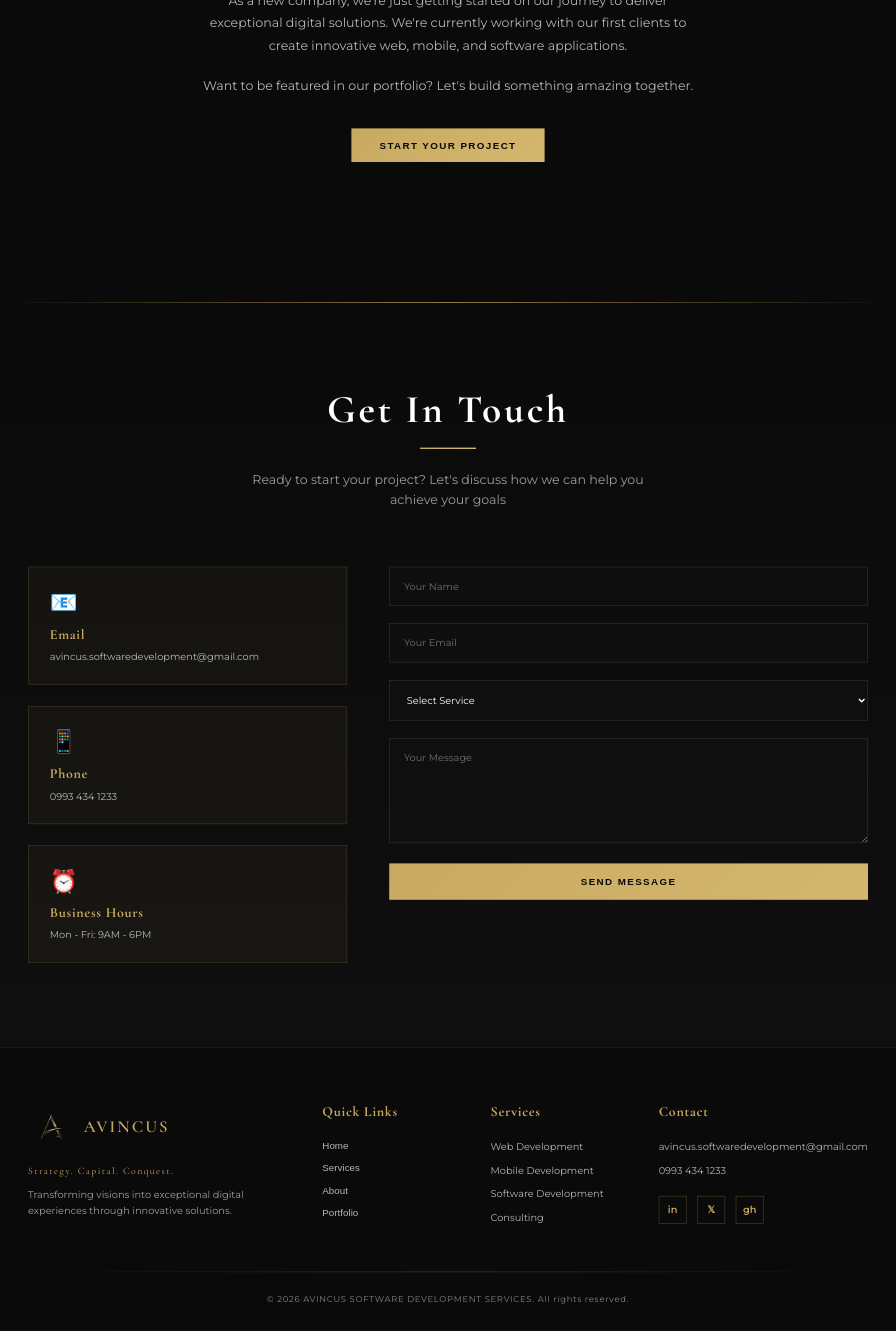
Repository: GiLLBaTesx/avincus-website
Page: /
These files come from the project's save history. The page is drawn as it stood at one moment and after the next save; the edit follows.
The browser window is 1280 px wide. The pictures show the part of the page from y = 3579 to 5499 px (the page is 5481 px tall before and 5499 px after), at 70% of full size.
The project was rebuilt for these pictures with package versions that can differ from the ones it lists, and the page was loaded fresh each time.

Above is the page before, as saved 2026-05-28 12:23:34.

After the next save:
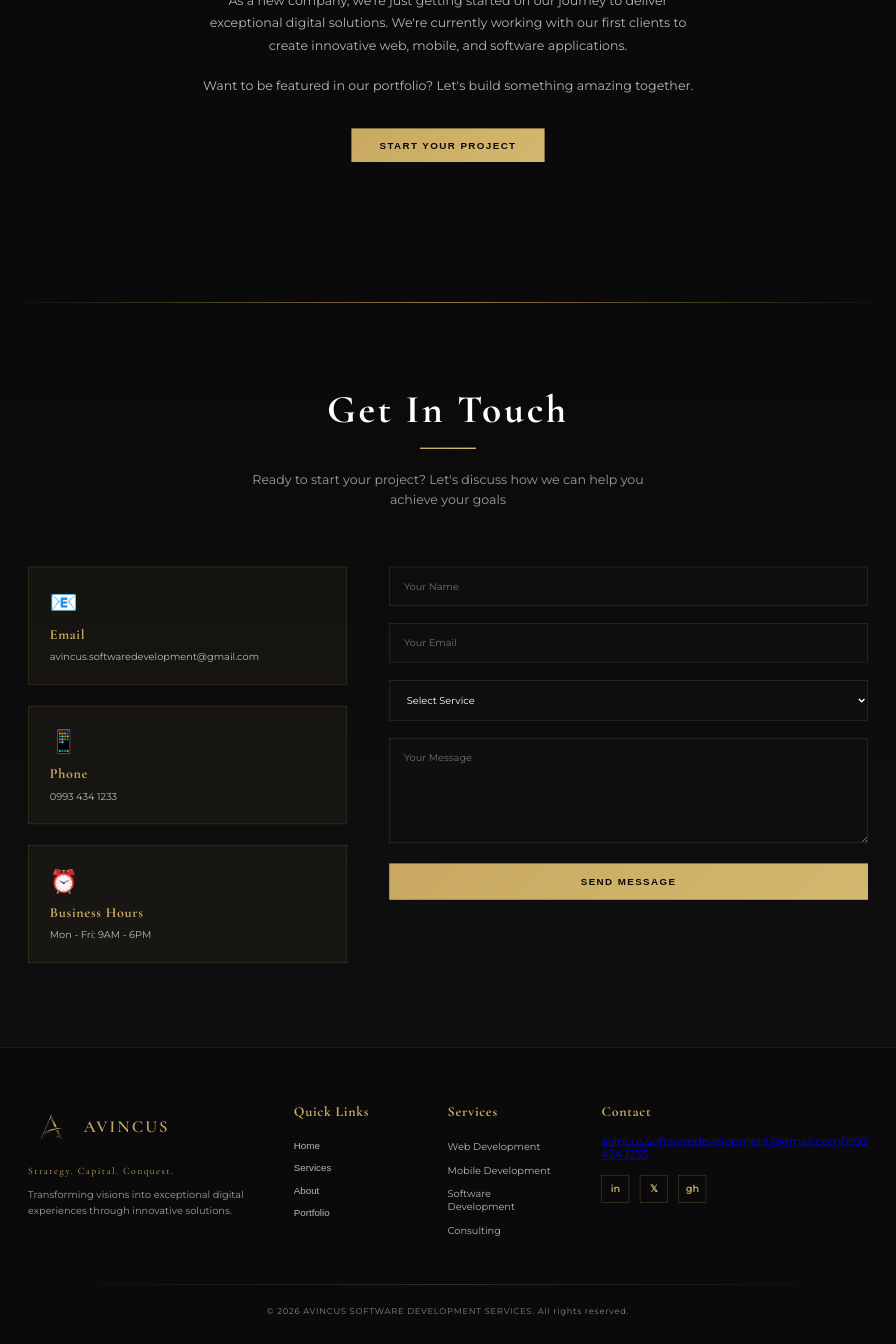
Saved 6 s later.
--- a/src/components/Footer.js
+++ b/src/components/Footer.js
@@ -42,8 +42,12 @@
 
           <div className="footer-contact">
             <h3>Contact</h3>
-            <p>avincus.softwaredevelopment@gmail.com</p>
-            <p>0993 434 1233</p>
+            <a href="mailto:avincus.softwaredevelopment@gmail.com" className="footer-link">
+              avincus.softwaredevelopment@gmail.com
+            </a>
+            <a href="tel:09934341233" className="footer-link">
+              0993 434 1233
+            </a>
             <div className="footer-social">
               <a href="#" aria-label="LinkedIn">in</a>
               <a href="#" aria-label="Twitter">𝕏</a>

After the save that followed:
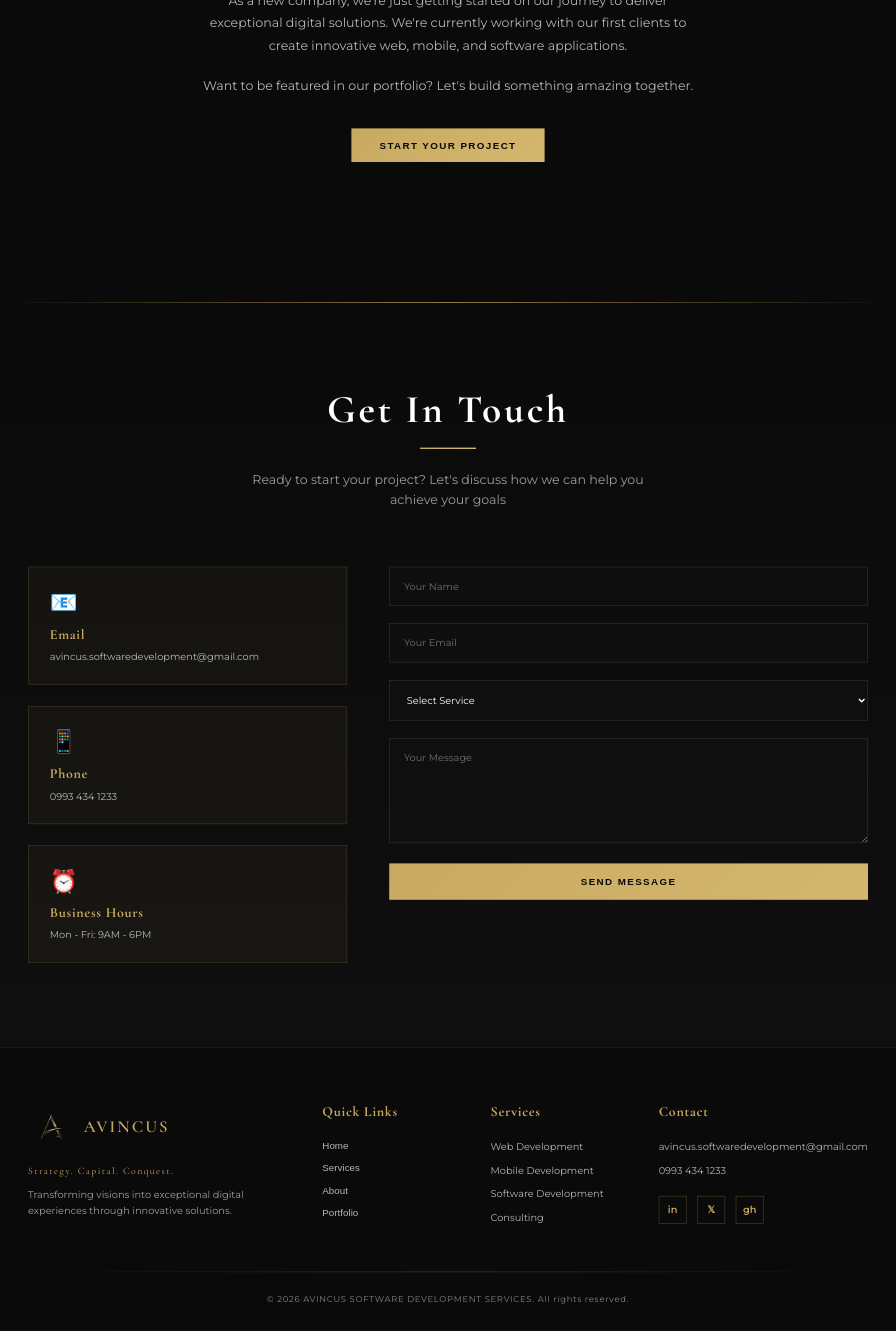
Saved 9 s later.
--- a/src/components/Footer.css
+++ b/src/components/Footer.css
@@ -89,6 +89,20 @@
   padding: 8px 0;
 }
 
+.footer-link {
+  display: block;
+  font-size: 14px;
+  color: rgba(255, 255, 255, 0.7);
+  padding: 8px 0;
+  text-decoration: none;
+  transition: all 0.3s ease;
+}
+
+.footer-link:hover {
+  color: #c9a961;
+  transform: translateX(5px);
+}
+
 .footer-social {
   display: flex;
   gap: 15px;
